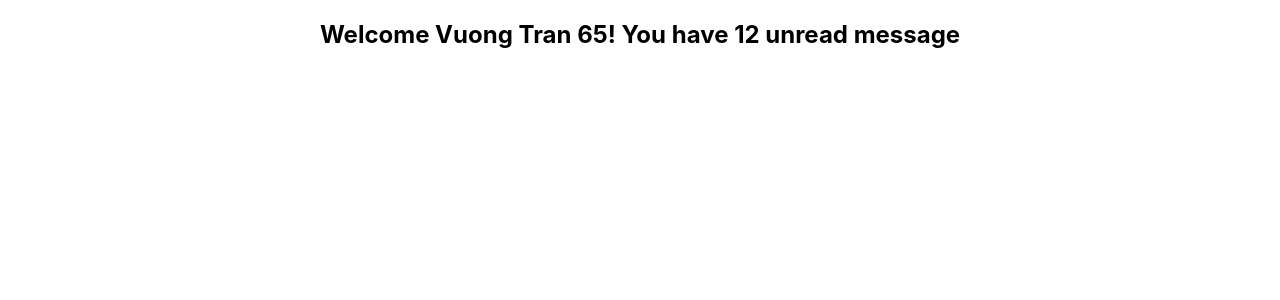
Repository: vuongtm1999/ALTA-exercise-1
Page: /
An editor plug-in stored every save of this project. The page is shown before and after the next save, followed by the edit.
The browser window is 1280 px wide. The pictures show the whole page.
The project was rebuilt for these pictures with package versions that can differ from the ones it lists, and the page was loaded fresh each time.

Above is the page before, as saved 2022-10-24 16:26:14.

### src/App.tsx
import './App.css';
import { Greet } from './components/Greet';
import Person from './components/Person';

function App() {
  const PersonName = {
    firstName: "Vuong",
    lastName: "Tran",
  }
  return (
    <div className="App">
      <Person name={PersonName} />
      <Greet name="Vuong Tran 65" messageCount={12} isLoggedIn={true}  />
    </div>
  );
}

export default App;

### src/components/Greet.tsx
type Greetprops = {
    name: string
    messageCount: number
    isLoggedIn: boolean
}

const Greet = (props: Greetprops) => {
    return (
        <div>
            {props.isLoggedIn ?  <h2>Welcome {props.name}! You have {props.messageCount} unread message</h2> :
                                    <h2>Welcome guest</h2>
            }
        </div>
     );
};

export { Greet }

### src/components/Person.tsx
type PersonProps = {
    name: {
        firstNa: string
        lastNa: string
    }
}


function Person(props: PersonProps) {
    return (
        <h2>{props.name.firstNa} {props.name.lastNa}</h2>
     );
}

export default Person;

Loaded but not shown: public/index.html (common file); src/index.tsx (common file); src/index.css (common file); src/reportWebVitals.ts (common file); src/App.css (common file)

After the next save:
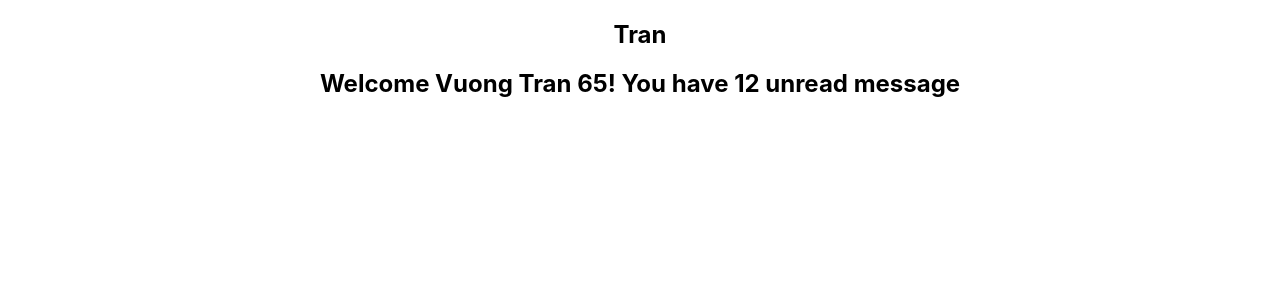
Saved 47 s later.
--- a/src/components/Person.tsx
+++ b/src/components/Person.tsx
@@ -1,14 +1,14 @@
 type PersonProps = {
     name: {
         firstNa: string
-        lastNa: string
+        lastName: string
     }
 }
 
 
 function Person(props: PersonProps) {
     return (
-        <h2>{props.name.firstNa} {props.name.lastNa}</h2>
+        <h2>{props.name.firstNa} {props.name.lastName}</h2>
      );
 }
 

After the 5 saves that followed:
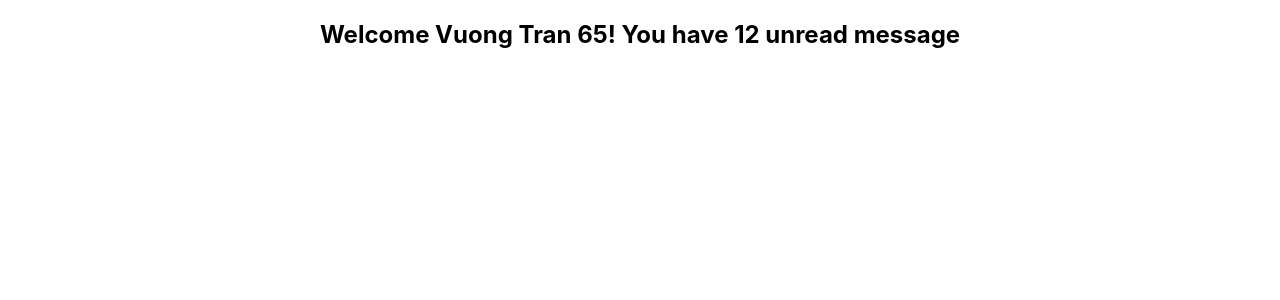
The 5 saves are shown as one change because 1 left the picture as it was and some came seconds apart.
The last was saved 18 s later.
--- a/src/components/Person.tsx
+++ b/src/components/Person.tsx
@@ -1,14 +1,14 @@
 type PersonProps = {
     name: {
-        firstNa: string
-        lastName: string
+        first: string
+        last: string
     }
 }
 
 
 function Person(props: PersonProps) {
     return (
-        <h2>{props.name.firstNa} {props.name.lastName}</h2>
+        <h2>{props.name.first} {props.name.last}</h2>
      );
 }
 
